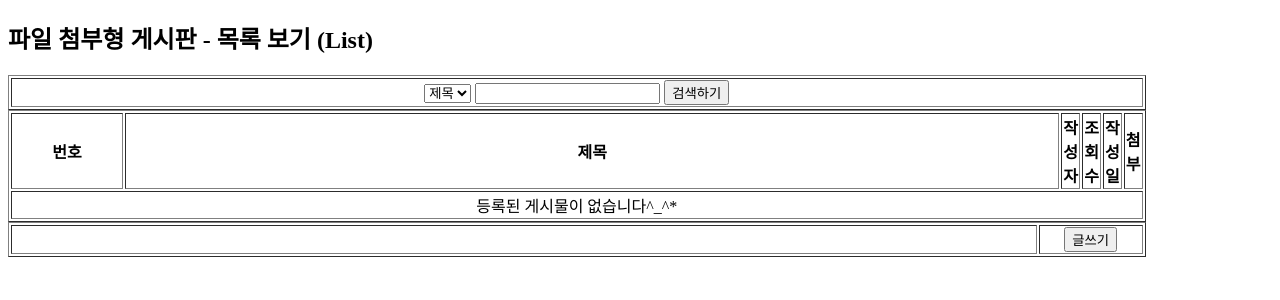
Repository: Suminmer/JSP-practice
Page: http://localhost/MustHaveJSP/14MVCBoard/List.jsp
The author's editor kept a copy of each file at every save. The page is drawn from the files as they stood at one save, then again after the next save.
The browser window is 1280 px wide. The pictures show the whole page.
The page is served by Tomcat 9. The template is opened directly, without the code that normally fills it, so the values that code supplies are empty.

Above is the page before, as saved 2022-04-29 05:14:26.

After the next save:
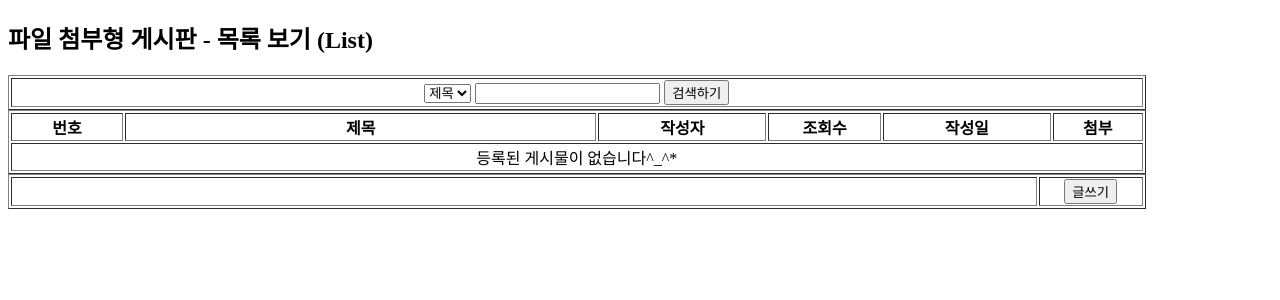
Saved 18 min 43 s later.
--- a/MustHaveJSP/src/main/webapp/14MVCBoard/List.jsp
+++ b/MustHaveJSP/src/main/webapp/14MVCBoard/List.jsp
@@ -36,10 +36,10 @@
 		<tr>
 			<th width="10%">번호</th>
 			<th width="*">제목</th>
-			<th width="15">작성자</th>
-			<th width="10">조회수</th>
-			<th width="15">작성일</th>
-			<th width="8">첨부</th>
+			<th width="15%">작성자</th>
+			<th width="10%">조회수</th>
+			<th width="15%">작성일</th>
+			<th width="8%">첨부</th>
 		</tr>
 <c:choose>
 	<c:when test="${empty boardLists}">
